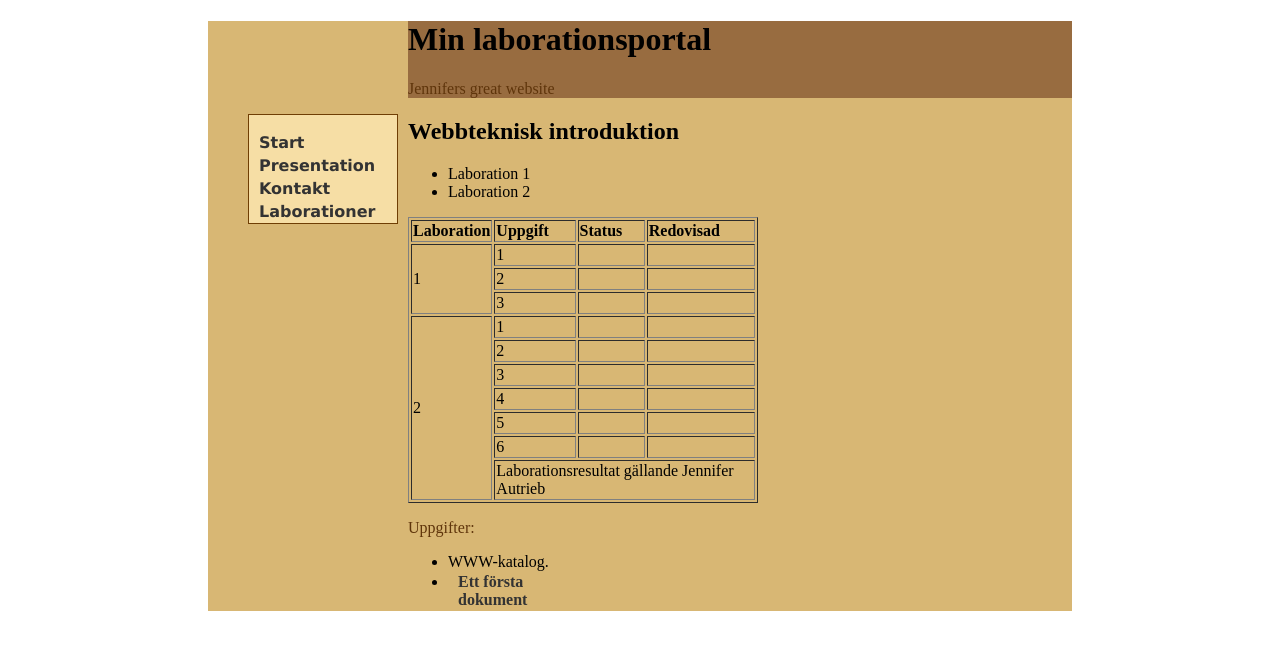
Repository: JeAut/1ik415-JeAut-laborationer
Page: WWW/pages/laborationer.html
The author's editor kept a record of every edit. The page is drawn from the files as they stood at one moment, then again after the next edit.
The browser window is 1280 px wide. The pictures show the whole page.

Above is the page before.

After the next edit:
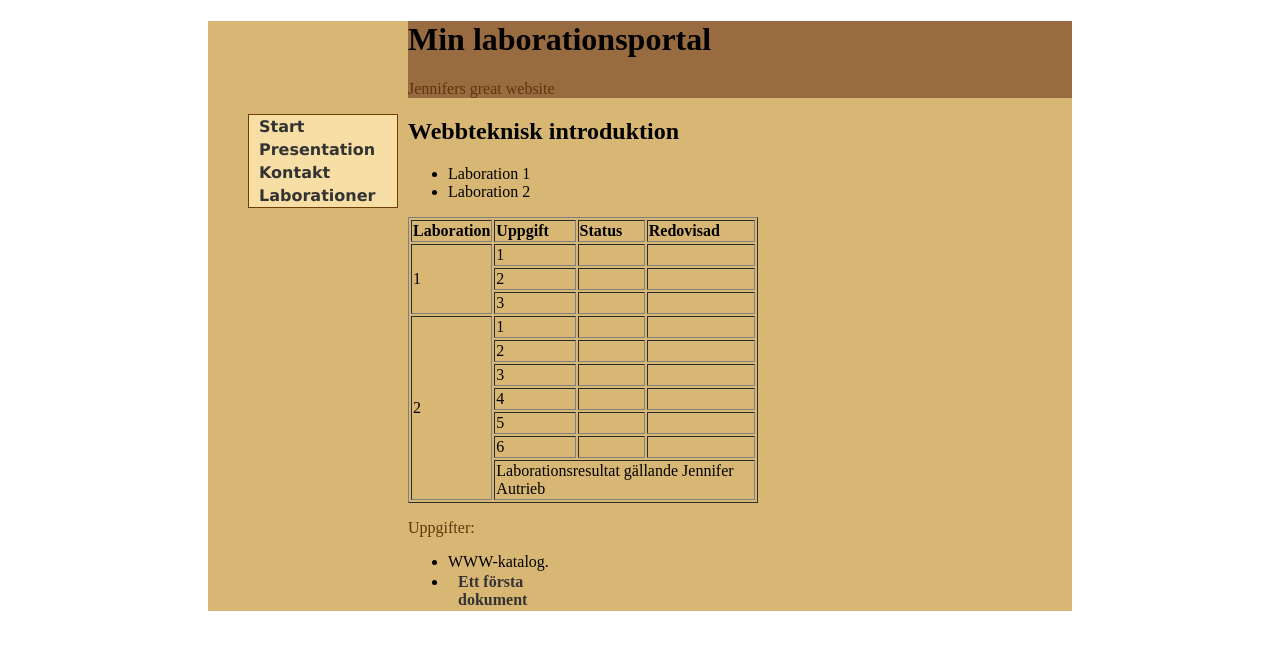
The edit:
--- a/WWW/pages/laborationer.html
+++ b/WWW/pages/laborationer.html
@@ -17,7 +17,7 @@
             <div id="bc">
             <div id="ulsidemenu">
             <div id="ulsidemenu2">
-            <p><li><a href="../../index.html"> Start</a></li>
+            <li><a href="../../index.html"> Start</a></li>
             <li><a href="Presentation.html"> Presentation</a></li>
             <li><a href="kontakt.html"> Kontakt</a></li>
             <li><a href="laborationer.html"> Laborationer</a></li>
